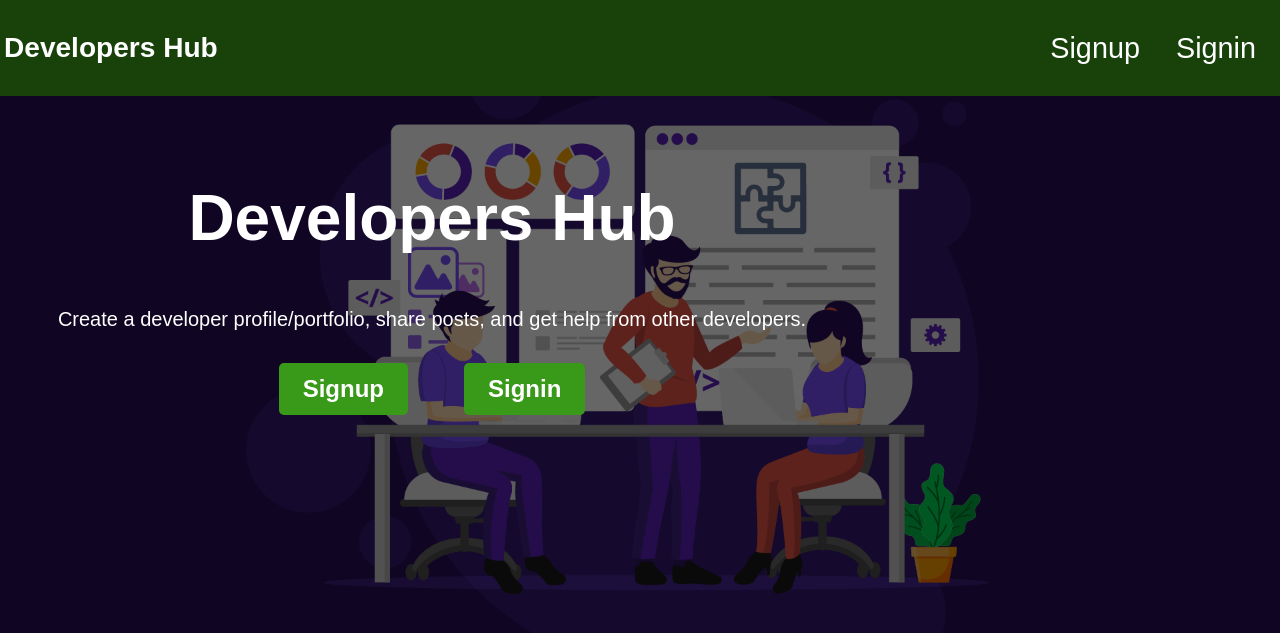
Repository: sayyad-mukthumsa-123/DevMania
Page: / (app in frontend/)
These files come from the project's save history. The page is drawn as it stood at one moment and after the next save; the edit follows.
The browser window is 1280 px wide. The pictures show the whole page.
The project was rebuilt for these pictures with package versions that can differ from the ones it lists, and the page was loaded fresh each time. Also part of the build but not shown: frontend/src/pages/login.js, frontend/src/pages/register.js, frontend/src/pages/Allprofiles.js, frontend/src/pages/MyProfile.js, frontend/src/pages/Indprofile.js.

Above is the page before, as saved 2025-02-28 23:36:18.

### frontend/public/index.html
<!-- public/index.html -->
<!DOCTYPE html>
<html lang="en">
<head>
  <meta charset="UTF-8">
  <meta name="viewport" content="width=device-width, initial-scale=1.0">
  <title>Developers Hub</title>
  <link rel="stylesheet" href="https://cdnjs.cloudflare.com/ajax/libs/font-awesome/5.15.3/css/all.min.css">
</head>
<body>
  <div id="root"></div>
</body>
</html>

### frontend/src/App.js
import React from 'react'
import {BrowserRouter,Route,Routes} from 'react-router-dom'
import Home from './pages/Home'
import Login from './pages/login'
import Register from './pages/register'
import Allprofiles from './pages/Allprofiles'
import MyProfile from './pages/MyProfile'
import Indprofile from './pages/Indprofile'

const App = () => {
  return (
    <div>

      <BrowserRouter>
      <Routes>
        <Route path='/' exact Component={Home}/>
        <Route path='/login' exact Component={Login}/>
        <Route path='/register' exact Component={Register}/>
        <Route path='/allprofiles' exact Component={Allprofiles}/>
        <Route path='/myprofile' exact Component={MyProfile}/>
        <Route path='/indprofile/:fullname/:email/:skill/:id' exact Component={Indprofile}/>
      </Routes>
      </BrowserRouter>
    </div>
  )
}

export default App

### frontend/src/pages/Home.js
import React from 'react';
import { Link } from 'react-router-dom';
import home from "../images/home.png"
import '../styles/styles.css';  // Adjust the path based on your file structure
import Navbar from './Navbar';

const Home = () => {
  return (
    <>
      <section className='landing' >
        <div className='dark-overlay'>
        <Navbar />
          <div className='landing-inner'>

            <h1 className='x-large'>Developers Hub</h1>
            <p className='lead'>
              Create a developer profile/portfolio, share posts, and get help from other developers.
            </p>
            <div className='buttons'>
              <Link to="/register" className="btn btn-auth">Signup</Link>
              <Link to="/login" className="btn btn-auth">Signin</Link>
            </div>
          </div>
        </div>
      </section>
    </>
  );
}
export default Home;

### frontend/src/styles/styles.css
/* General reset */
body, html {
  margin: 0;
  padding: 0;
  font-family: Arial, sans-serif;
  width: 100%;
  min-height: 100vh;

}

/* Navbar styles */
.navbar {
  display: flex;
  justify-content: space-between;
  align-items: center;
  padding: 4px;
  font-size: x-large;
  background-color: #19420b
}

.navbar h1 a {
  color: #ffffff;
  text-decoration: none;
}

.navbar ul {
  list-style: none;
  display: flex;
  margin: 0;
  padding: 10px;
  font-size: larger;
}
.navbar ul li
{
  padding: 10px;
  transition: all 0.3s ease;
}
.navbar ul li:hover
{
  transform: scale(1.2);
}
.navbar ul li {
  margin-left: 1rem;
}

.navbar ul li a {
  color: #ffffff;
  text-decoration: none;
}

/* Landing page styles */
/* .landing {
  height: 100%;
  display: flex;
  align-items: center;
  justify-content: center;
  color: black;
  position: relative;
}

.dark-overlay {
  position: absolute;
  top: 0;
  left: 0;
  right: 0;
  bottom: 0;
}

.landing-inner {
  text-align: center;
  z-index: 2;
  position: relative;
}

.x-large {
  font-size: 4rem;
}

.lead {
  font-size: 1.5rem;
  margin-bottom: 2rem;
  color: black;
}

.buttons .btn ,.btn{
  margin: 3rem 2rem;
  padding: 0.75rem 1.25rem;
  border: none;
  border-radius: 5px;
  cursor: pointer;
  text-decoration: none;
  font-size: x-large;
  background-color:#399918 ;
  color: #ffffff;
}


.btn-auth {
  transition: all 0.3s ease;
}
.btn-auth:hover
{
  transform: scale(1.1);
} */

.landing {
  height: 100vh;
  display: flex;
  align-items: center;
  justify-content: center;
  color: white;
  position: relative;
  background: url('../images/home.png') no-repeat center center/cover;
  text-align: center;
}

.dark-overlay {
  position: absolute;
  top: 0;
  left: 0;
  right: 0;
  bottom: 0;
  background: rgba(0, 0, 0, 0.6); /* Adds a dark overlay for better text visibility */
}

.landing-inner {
  text-align: center;
  z-index: 2;
  position: relative;
  padding: 2rem;
  max-width: 800px;
}

.x-large {
  font-size: 4rem;
  font-weight: bold;
}

.lead {
  font-size: 1.5rem;
  margin-bottom: 2rem;
}

.buttons {
  display: flex;
  justify-content: center;
  gap: 1.5rem;
}

.btn, .btn-auth {
  margin: 1rem;
  padding: 0.75rem 1.5rem;
  border: none;
  border-radius: 8px;
  cursor: pointer;
  text-decoration: none;
  font-size: 1.25rem;
  font-weight: bold;
  background-color: #399918;
  color: #ffffff;
  transition: all 0.3s ease;
}

.btn-auth:hover {
  transform: scale(1.1);
  background-color: #2e7d12;
}


/* Container styles */
.container {
  width: 700px;
  margin: 2rem auto;
  padding: 2rem;
  border: 2px solid #399918;
  color: black;
  border-radius: 8px;
  position: relative; /* To ensure proper z-index handling */
  z-index: 1; /* Ensures the container is above any background effects */
}

/* Form styles */
.form {


  display: flex;
  flex-direction: column;
}

.form-group {
  margin-bottom: 1.5rem;
}

.form-group input {
  width: 50%;
  padding: 0.75rem;
  font-size: 1rem;
  border: 1px solid black;
  border-radius: 5px;
  transition: border-color 0.3s ease-in-out, box-shadow 0.3s ease-in-out;
}

.form-group input:focus {
  border-color: #f6f7f9;
  box-shadow: 0 0 8px rgba(0, 123, 255, 0.3);
  outline: none;
}

.btn {
  display: inline-block;
  padding: 0.75rem 1.5rem;
  border: none;
  border-radius: 5px;
  cursor: pointer;
  text-decoration: none;
  font-size: 1.5rem;
  text-align: center;
}

/* .btn-primary {
  background-color: #007bff;
  color: #ffffff;
}

.btn-primary:hover {
  background-color: #0056b3;
  opacity: 0.9;
} */

/* .text-primary {
  color: #f6f8fb;
} */

.large {
  font-size: 2rem;
  margin-bottom: 1rem;
}

.lead {
  font-size: 1.25rem;
  margin-bottom: 1rem;
}

.error {
  color: red;
  margin-top: 1rem;
}

p {
  margin-top: 1rem;
}
.link-auth{
  color:#399918;
  text-decoration: none;
  cursor: pointer;
  padding-left:10px ;
  transition: all 0.3s ease;
  display: inline-block;
  font-size: large;
}
.link-auth:hover
{
  transform: scale(1.3);
}
/* Profiles styles */
.profiles {
  display: flex;
  flex-direction: column;
  gap: 1rem;
}

.profile {
  background-color: #f4f4f4;
  padding: 1rem;
  display: flex;
  align-items: center;
  border: 1px solid #ccc;
  box-shadow: 0 4px 8px rgba(0, 0, 0, 0.1);
  border-radius: 5px;
  margin-bottom: 1rem;
}

.profile .round-img {
  width: 100px;
  border-radius: 50%;
  margin-right: 1rem;
}

.profile-info {
  flex: 1;
}

.profile-info h2 {
  margin: 0 0 0.5rem 0;
}

.profile-info p {
  margin: 0.5rem 0;
}

.profile-info .btn {
  display: inline-block;
  background-color:#399918;
  color: #fff;
  padding: 0.5rem 1rem;
  text-decoration: none;
  border-radius: 0.25rem;
  margin-top: 0.5rem;
  transition: all 0.3s ease;
}

.profile-info .btn:hover {
  transform: scale(1.1);
  background-color:#399918;
}

.profile-skills {
  list-style: none;
  padding: 0;
  display: flex;
  flex-direction: column;
  gap: 0.5rem;
  margin-left: 1rem;
  color: black;
}

.profile-skills li {
  display: flex;
  align-items: center;
  color:greenyellow;
}

.profile-skills li i {
  margin-right: 0.5rem;
}

/* GitHub Section */
.profile-github {
  margin-top: 1rem;
}

.profile-github h2 {
  margin-bottom: 1rem;
}

.repo {
  background: #fff;
  padding: 1rem;
  margin-bottom: 1rem;
  border: 1px solid #ccc;
}

.repo h4 {
  margin: 0.5rem 0;
}

.repo p {
  margin: 0.5rem 0;
}

/* Form */
.form {
  margin-top: 1rem;
}

.form-group {
  margin-bottom: 1rem;
}

.form-group input {
  width: 100%;
  padding: 0.5rem;
  border: 1px solid #ccc;
  border-radius: 0.25rem;
}

.form-group input:focus {
  border-color: #007bff;
  outline: none;
}

/* .btn-primary {
  background: #007bff;
  color: #fff;
  border: none;
  padding: 0.5rem 1rem;
  cursor: pointer;
}

.btn-primary:hover {
  background: #0056b3;
} */

/* Profile Grid */
.profile-grid {
  display: grid;
  grid-template-columns: 1fr;
  grid-gap: 1rem;
  margin-top: 1rem;
}

.profile-top {
  background: #0a0a0a;
  color: #fff;
  padding: 1rem;
  text-align: center;
}

.profile-top img {
  width: 150px;
  border-radius: 50%;
}

.profile-top h1 {
  margin: 0.5rem 0;
}

.profile-top p {
  margin: 0.5rem 0;
}
a{
  color:aqua
}
 .white-text {
  color: black;
}
 .skill-text {
  /* background-color: #5e585c16;  */
  color: #c51414;
  padding: 10px 15px;
  border-radius: 5px;
  display: flex;
  align-items: center;
  font-size: 16px;
  margin-top: 2px;
  /* box-shadow: 0 2px 4px rgba(0, 0, 0, 0.1);  */
}


.skill-text i {
  color: #28a745;
  margin-right: 30px;
}
.taskprovider
{
  color:#28a745;
  text-decoration: none;
  font-size: xx-large;
}

### frontend/src/pages/Navbar.js
import React from 'react';
import { Link } from 'react-router-dom';
import '../styles/styles.css';
const Navbar = () => {
  return (
    <div>
        <nav className="navbar bg-dark">
        <h1>
          <Link to='/'> Developers Hub</Link>
        </h1>
        <ul>
          <li><Link to="/register">Signup</Link></li>
          <li><Link to="/login">Signin</Link></li>
        </ul>
      </nav>
    </div>
  )
}

export default Navbar

Loaded but not shown: frontend/src/index.js (common file); frontend/src/index.css (common file); frontend/src/reportWebVitals.js (common file)

After the next save:
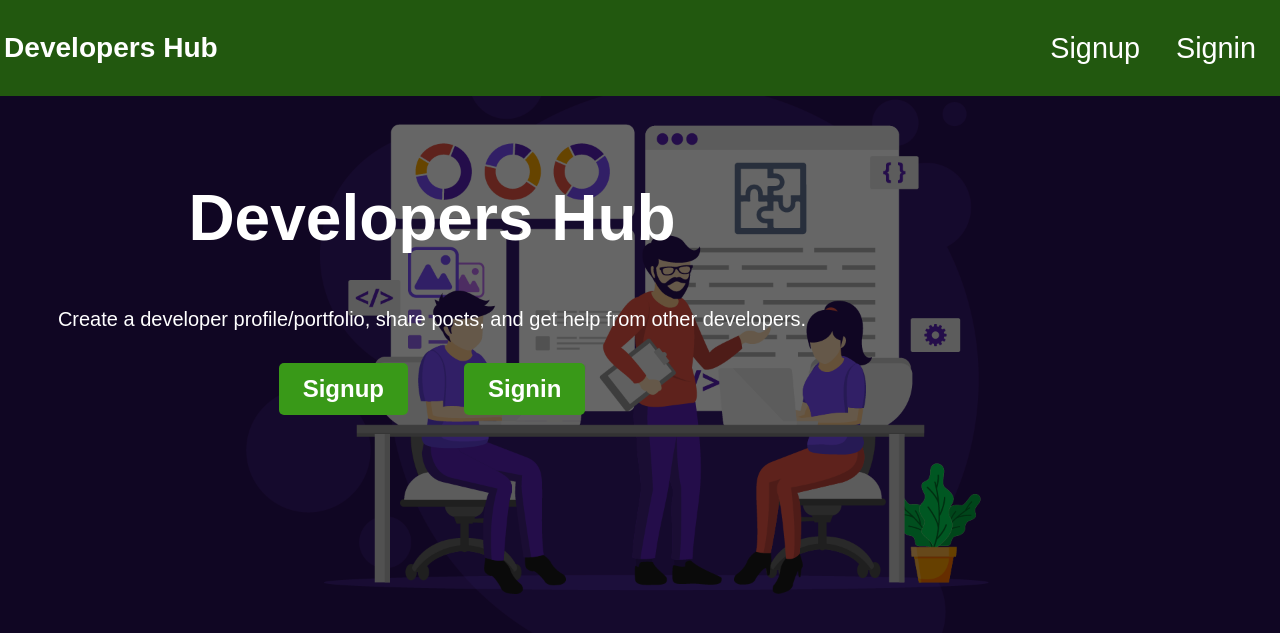
Saved 5 s later.
--- a/frontend/src/styles/styles.css
+++ b/frontend/src/styles/styles.css
@@ -15,7 +15,7 @@ body, html {
   align-items: center;
   padding: 4px;
   font-size: x-large;
-  background-color: #19420b
+  background-color: #22580f
 }
 
 .navbar h1 a {
